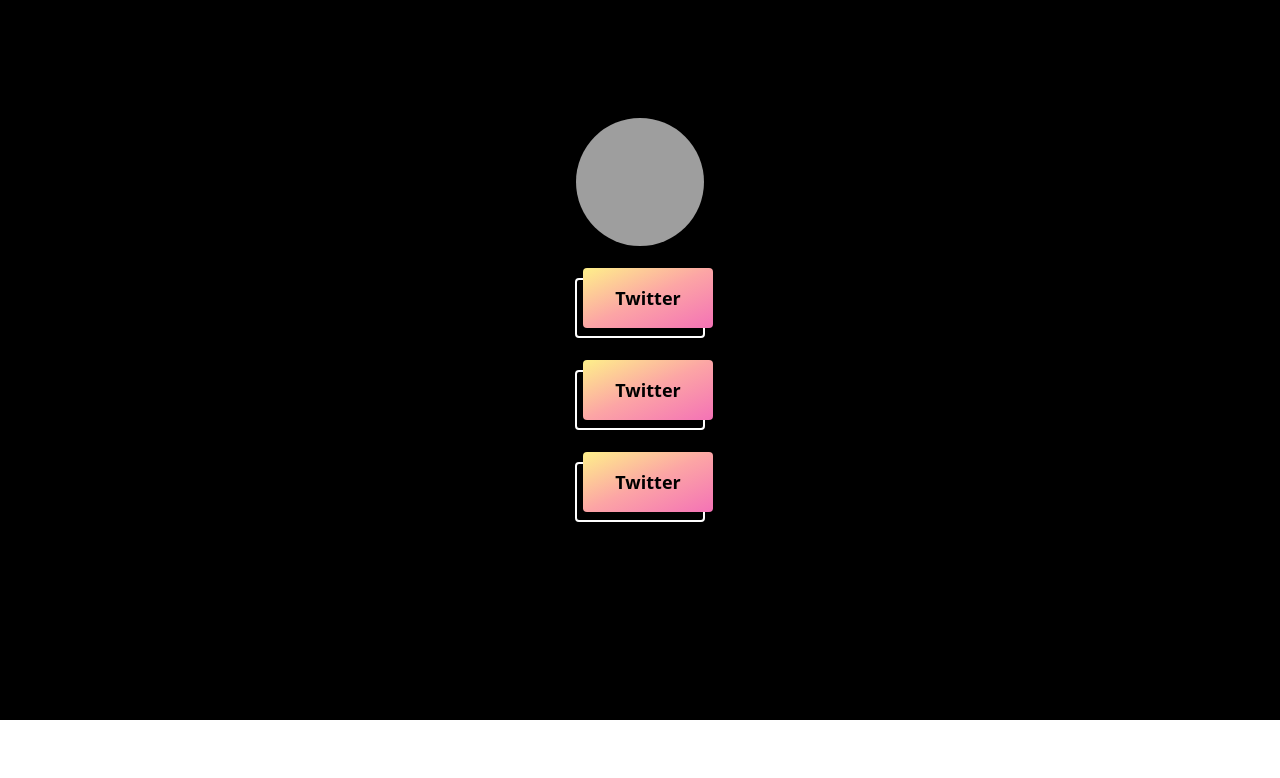
Repository: LuisSempre/link-to
Page: index.html
An editor plug-in stored every save of this project. The page is shown before and after the next save, followed by the edit.
The browser window is 1280 px wide. The pictures show the whole page.
Pictures or frames that could not be fetched are drawn as grey boxes. Some web libraries are served in a nearby version.

Above is the page before, as saved 2022-07-05 21:57:53.

### index.html
<!DOCTYPE html>
<html lang="en">
    <head>
        <meta charset="UTF-8">
        <meta http-equiv="X-UA-Compatible" content="IE=edge">
        <meta name="viewport" content="width=device-width, initial-scale=1.0">
        <script src="https://cdn.tailwindcss.com"></script>
        <title>Document</title>
    </head>
    <body>
        <div class="h-screen w-full bg-black flex items-center justify-center">
            <section class="relative ">
                <div class="relative z-40 mx-auto h-full max-w-7xl px-10">
                    <div class="-mt-20 flex h-full w-full flex-col items-center
                        justify-center space-y-8 py-32 sm:py-48 md:py-64">
                        <img
                        class="w-32 h-32 rounded-full"
                        src="https://media-exp1.licdn.com/dms/image/C4E03AQFxPhk96MlXfQ/profile-displayphoto-shrink_800_800/0/1657066015387?e=1662595200&v=beta&t=8l3NPv3_wh4v4q8p_mHKIiNLJlaeUFYIeHHBMLw4AEI" alt="">
                        <a href="#_" class="group relative w-full sm:w-auto">
                            <span class="absolute top-0 left-0 h-full w-full
                                rounded
                                border-2 border-white text-transparent">Twitter</span>
                            <span class="relative inline-block w-full
                                -translate-y-2.5 translate-x-2 transform rounded
                                bg-gradient-to-br from-yellow-200 via-red-300
                                to-pink-400 px-8 py-4 text-center text-lg
                                font-semibold transition-all duration-150
                                ease-linear group-hover:-translate-y-1.5
                                group-hover:translate-x-1.5 sm:w-auto">Twitter</span>
                        </a>
                        <a href="#_" class="group relative w-full sm:w-auto">
                            <span class="absolute top-0 left-0 h-full w-full
                                rounded
                                border-2 border-white text-transparent">Twitter</span>
                            <span class="relative inline-block w-full
                                -translate-y-2.5 translate-x-2 transform rounded
                                bg-gradient-to-br from-yellow-200 via-red-300
                                to-pink-400 px-8 py-4 text-center text-lg
                                font-semibold transition-all duration-150
                                ease-linear group-hover:-translate-y-1.5
                                group-hover:translate-x-1.5 sm:w-auto">Twitter</span>
                        </a>
                        <a href="#_" class="group relative w-full sm:w-auto">
                            <span class="absolute top-0 left-0 h-full w-full
                                rounded
                                border-2 border-white text-transparent">Twitter</span>
                            <span class="relative inline-block w-full
                                -translate-y-2.5 translate-x-2 transform rounded
                                bg-gradient-to-br from-yellow-200 via-red-300
                                to-pink-400 px-8 py-4 text-center text-lg
                                font-semibold transition-all duration-150
                                ease-linear group-hover:-translate-y-1.5
                                group-hover:translate-x-1.5 sm:w-auto">Twitter</span>
                        </a>
                    </div>
                </div>
            </section>
        </div>
    </body>
</html>

After the next save:
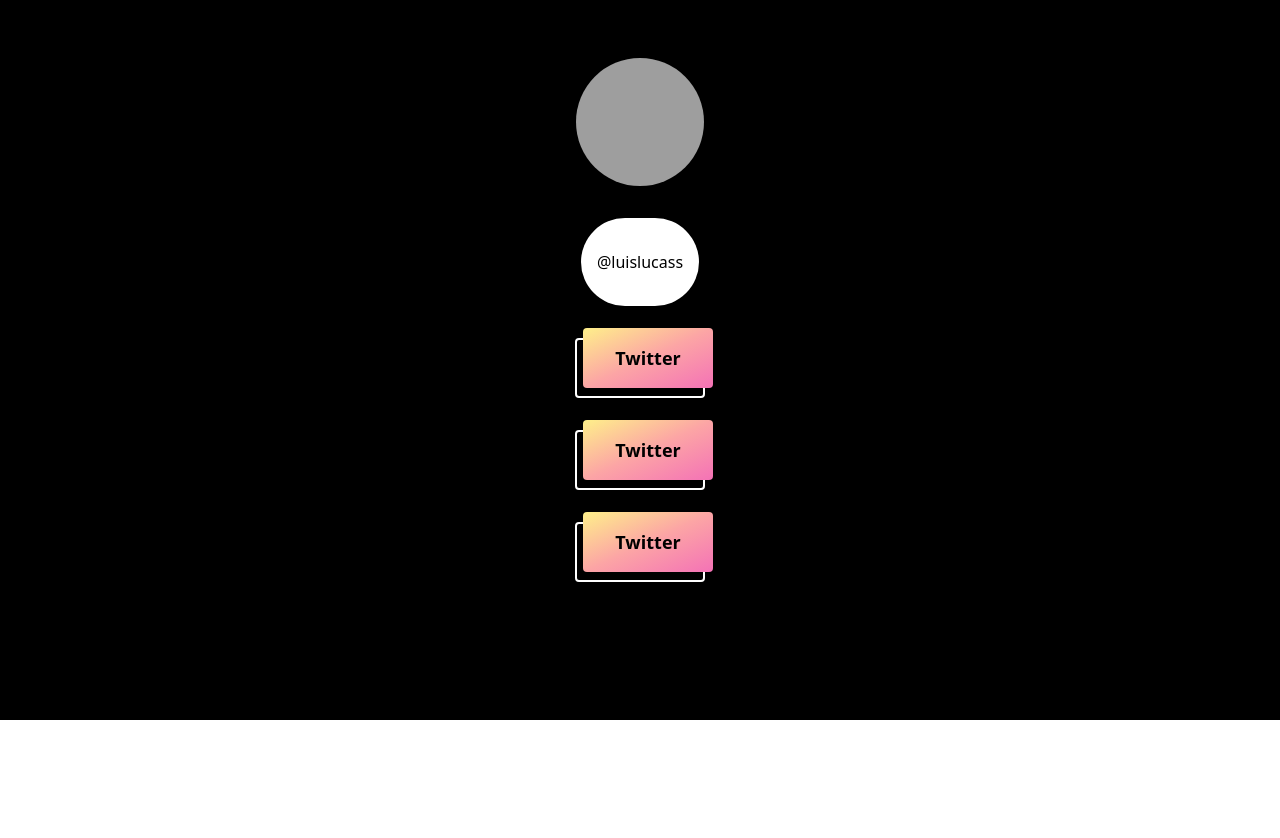
Saved 4 min 25 s later.
--- a/index.html
+++ b/index.html
@@ -16,6 +16,7 @@
                         <img
                         class="w-32 h-32 rounded-full"
                         src="https://media-exp1.licdn.com/dms/image/C4E03AQFxPhk96MlXfQ/profile-displayphoto-shrink_800_800/0/1657066015387?e=1662595200&v=beta&t=8l3NPv3_wh4v4q8p_mHKIiNLJlaeUFYIeHHBMLw4AEI" alt="">
+                        <h1 class="rounded-full px-4 py-8 bg-white">@luislucass</h1>
                         <a href="#_" class="group relative w-full sm:w-auto">
                             <span class="absolute top-0 left-0 h-full w-full
                                 rounded
